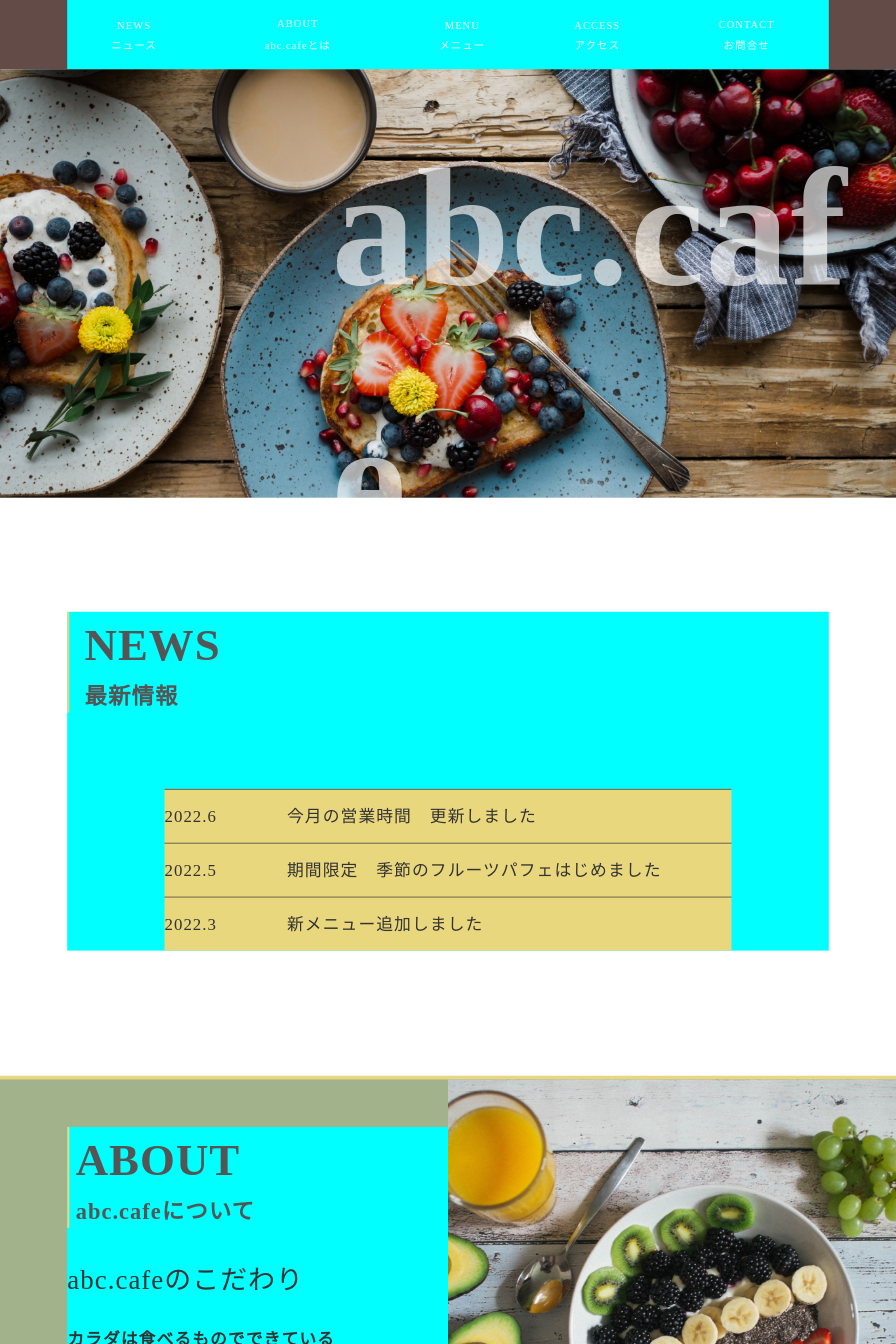
Repository: nozomi-23/lp1_test
Page: index.html
An editor plug-in stored every save of this project. The page is shown before and after the next save, followed by the edit.
The browser window is 1280 px wide. The pictures show the part of the page from y = 0 to 1920 px (the page is 3739 px tall), at 70% of full size.

Above is the page before, as saved 2022-06-08 14:43:35.

### index.html
<!DOCTYPE html>
<html lang="ja">
<head>
  <meta charset="UTF-8">
  <title>abc.cafe</title>
  <meta name="description" content="旬の果物とオーガニックなカフェ">
  <meta name="keywords" content="cafe,カフェ,フルーツ,お洒落">
  <meta name="viewport" content="width=device-width, initial-scale=1.0">
  <meta property="og:title" content="フルーツカフェ「abc.cafe」">
  <meta property="og:type" content="article">
  <meta property="og:url" content="https://withcode-plus.tech">
  <meta property="og:image" content="img/logo.png">
  <meta property="og:description" content="旬の果物とカラダに優しい食事を。">
  <meta property="og:site_name" content="お洒落なフルーツカフェ">
  <link rel="icon" href="img/favicon1.ico">
  <link rel="apple-touch-icon" sizes="180x180" href="img/logo.png">
  <link rel="preconnect" href="https://fonts.googleapis.com">
  <link rel="preconnect" href="https://fonts.gstatic.com" crossorigin>
  <link href="https://fonts.googleapis.com/css2?family=Noto+Serif+JP:wght@400;500;600;700;900&display=swap"
    rel="stylesheet">
  <link rel="stylesheet" href="css/reset.css">
  <link rel="stylesheet" href="css/common.css">
</head>
<body>
  <!-- ============= header -->
  <header>
    <div class="header_wrapper">
      <div class="inner">
        <nav class="header_nav">
          <ul>
            <li><a href="#news">NEWS<span>ニュース</span></a></li>
            <li><a href="#about">ABOUT<span>abc.cafeとは</span></a></li>
            <li><a href="#menu">MENU<span>メニュー</span></a></li>
            <li><a href="#access">ACCESS<span>アクセス</span></a></li>
            <li><a href="#contact">CONTACT<span>お問合せ</span></a></li>
          </ul>
        </nav>
      </div>
    </div>
  </header>
  <!-- ===================-main -->
  <div class="top_wrapper">
    <div class="top_inner">
      <h1>abc.cafe</h1>
    </div>
  </div>
  <!-- ===================-news -->
  <section id="news">
    <div class="news_wrapper">
      <div class="inner">
        <h2 class="title">NEWS<span>最新情報</span></h2>
        <div class="news_txt">
          <table>
            <tr>
              <th>2022.6</th>
              <td>今月の営業時間　更新しました</td>
            </tr>
            <tr>
              <th>2022.5</th>
              <td>期間限定　季節のフルーツパフェはじめました</td>
            </tr>
            <tr>
              <th>2022.3</th>
              <td>新メニュー追加しました</td>
            </tr>
          </table>
        </div>
      </div>
    </div>
  </section>
  <!-- ===================-about -->
  <section class="about_img_1 section" id="about">
    <div class="inner">
      <div class="about_descript">
        <h2 class="title">ABOUT<span>abc.cafeについて</span></h2>
        <div class="txt">
          <h3>abc.cafeのこだわり</h3>
          <p><strong>カラダは食べるものでできている</strong><br>
            いつまでも元気な身体でいるためにはどんな食生活をするかが大切です。皆さん果物を積極的に食べていますか？abc.cafeは愛知県内の農家から届く<strong>季節のフルーツ</strong>をふんだんに使用したメニューを提供しています。</p>
        </div>
    </div>
    </div>
    </section>
  <section class="about_img_2 section"   id="about">
    <div class="inner">
      <div class="about_descript about_descript_right">
        <h2 class="title">MORE..<span>さらに</span></h2>
        <div class="txt">
          <h3>coffeeにもこだわり</h3>
          <p>abc.cafeではオーナー自らが仕入れたこだわりのコーヒー豆を直焙煎し提供しています。
          果物に合う「<strong>後味のキレイなコーヒー</strong>」を追求し、最後の一滴まで満足のいく一杯に仕上げました。お洒落なラテアートで視覚的にも楽しんでください。。
          </p>
        </div>
    </div>
    </div>
  </div>
  </section>

  <!-- ===================-menu -->
  <section class="menu_wrapper section" id="menu">
    <div class="inner">
      <h2 class="title">MENU<span>メニュー</span></h2>
      <div class="fram">
        <div class="txt">
          <h4>food</h4>
          <p>フレンチトースト</p>
        </div>

      </div>
    </div>
  </section>







</body>
</html>

### css/reset.css
@charset "UTF-8";

html,
body,
div,
span,
object,
iframe,
h1,
h2,
h3,
h4,
h5,
h6,
p,
blockquote,
pre,
abbr,
address,
cite,
code,
del,
dfn,
em,
img,
ins,
kbd,
q,
samp,
small,
strong,
sub,
sup,
var,
b,
i,
dl,
dt,
dd,
ol,
ul,
li,
fieldset,
form,
label,
legend,
table,
caption,
tbody,
tfoot,
thead,
tr,
th,
td,
article,
aside,
canvas,
details,
figcaption,
figure,
footer,
header,
hgroup,
menu,
nav,
section,
summary,
time,
mark,
audio,
video {
  margin: 0;
  padding: 0;
  border: 0;
  outline: 0;
  font-size: 100%;
  vertical-align: baseline;
  background: transparent;
}

body {
  line-height: 1;
}

article,
aside,
details,
figcaption,
figure,
footer,
header,
hgroup,
menu,
nav,
section {
  display: block;
}

nav ul {
  list-style: none;
}

blockquote,
q {
  quotes: none;
}

blockquote:before,
blockquote:after,
q:before,
q:after {
  content: '';
  content: none;
}

a {
  margin: 0;
  padding: 0;
  font-size: 100%;
  vertical-align: baseline;
  background: transparent;
}

/* change colours to suit your needs */
ins {
  background-color: #ff9;
  color: #000;
  text-decoration: none;
}

/* change colours to suit your needs */
mark {
  background-color: #ff9;
  color: #000;
  font-style: italic;
  font-weight: bold;
}

del {
  text-decoration: line-through;
}

abbr[title],
dfn[title] {
  border-bottom: 1px dotted;
  cursor: help;
}

table {
  border-collapse: collapse;
  border-spacing: 0;
}

/* change border colour to suit your needs */
hr {
  display: block;
  height: 1px;
  border: 0;
  border-top: 1px solid #cccccc;
  margin: 1em 0;
  padding: 0;
}

input,
select {
  vertical-align: middle;
}

### css/common.css
@charset "UTF-8";

body {
  font-size: 15px;
  color: #333;
  font-family: 'Noto Serif JP', serif;
  word-break: break-all;
  letter-spacing: 0.1em;
  line-height: 1.5;
}
a {
  text-decoration: none;
  color: #333;
}
li {
  list-style: none;
}
.inner {
  width: 85%;
  margin: 0 auto;
  background-color: aqua;
}
/* =====================
共通パーツ
=========================*/
.title {
  font-weight: bold;
  font-size: 4rem;
  color: #555;
  border-left: solid 3px #E9D77D;
  padding-left: 2%;
  margin-top: 15%;
  margin-bottom: 10%;
}
.title span {
  display: block;
  font-size: 2rem;
}
.section {
  border-top: solid 5px #E9D77D;
  background-color: #A2B38B;
}



/* =====================
header
=========================*/
.header_wrapper {
  width: 100%;
  background-color: #634B47;
}
.header_nav ul {
  width: 100%;
  display: table;
}
.header_nav ul li {
  display: table-cell;
  text-align: center;
}
.header_nav ul li a {
  display: inline-block;
  color: #fff;
  padding: 8% 0;
}
.header_nav ul li a:hover {
  opacity: 0.5;
}
.header_nav ul li a span {
  display: block;
  margin-top: 10%;
}
/* =====================
main
=========================*/
.top_wrapper {
  width: 100%;
  height: 85vh;
  overflow: hidden;
  background: url(../img/main.png) no-repeat center;
  background-size: cover;
  /* margin-bottom: 120px; */
}
.top_wrapper::after {
  content: "";
  position: relative;
  width: 100%;
}
.top_inner {
  position: absolute;
  top: 20%;
  left: 37%;
  z-index: 1;
}
.top_inner h1{
  font-family: 'Lobster', cursive;
  font-size: 15rem;
  color: #fff;
  opacity: 65%;
}
/* =====================
news
=========================*/
.news_wrapper {
  margin-bottom: 14%;
}
.news_txt table{
  margin: 0 auto;
  background-color: #E9D77D;
  font-size: 1.5rem;
}
.news_txt tr {
  border-top: solid 1px;
}
.news_txt th {
  padding: 20px 100px 20px 0;
  font-weight: normal;
}
.news_txt td {
  padding: 20px 100px 20px 0;
}
/* =====================
about
=========================*/

.txt h3 {
  font-size: 2.4rem;
  margin-bottom: 1em;
  font-weight: normal;
}
.txt p {
  font-size: 1.5rem;
  padding-bottom: 25%;
}
.txt strong {
  border-bottom: solid 5px #E9D77D;
}
.about_img_1 {
  position: relative;
}
.about_img_1::after {
  position: absolute;
  content: "";
  background: url(../img/about_1.png) no-repeat center;
  background-size: cover;
  width: 50%;
  height: 100%;
  top: 0;
  left: 50%;
}
.about_img_2 {
  position: relative;
}
.about_img_2::after {
  position: absolute;
  content: "";
  background: url(../img/about_2.png) no-repeat center;
  background-size: cover;
  width: 50%;
  height: 100%;
  top: 0;

}
.about_descript {
  width: 42%;
}
.about_descript_right {
  position: relative;
  left: 58%;
}
/* =====================
menu
=========================*/

After the next save:
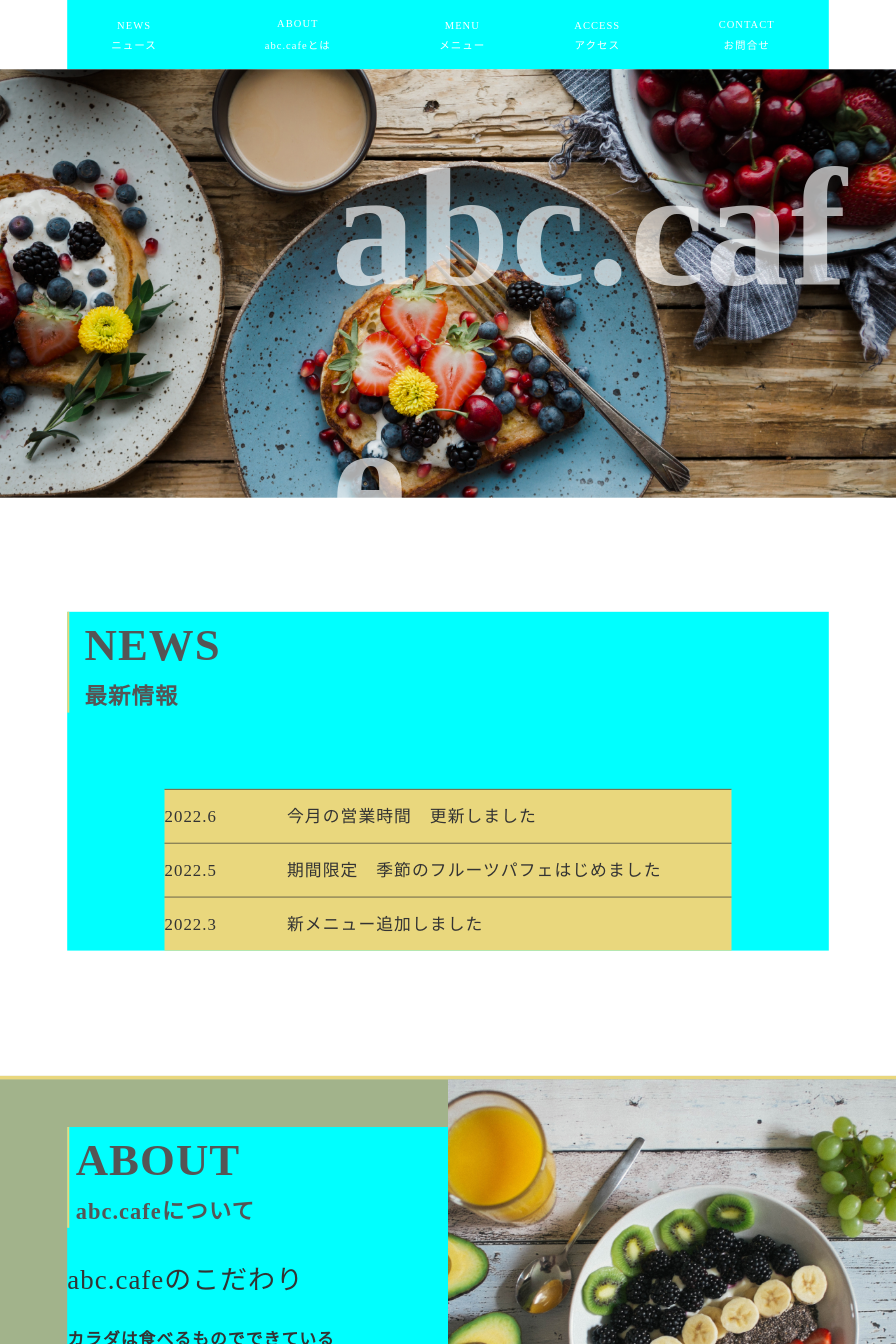
Saved 4 s later.
--- a/css/common.css
+++ b/css/common.css
@@ -40,7 +40,7 @@ li {
   border-top: solid 5px #E9D77D;
   background-color: #A2B38B;
 }
-
+.section:
 
 
 /* =====================
